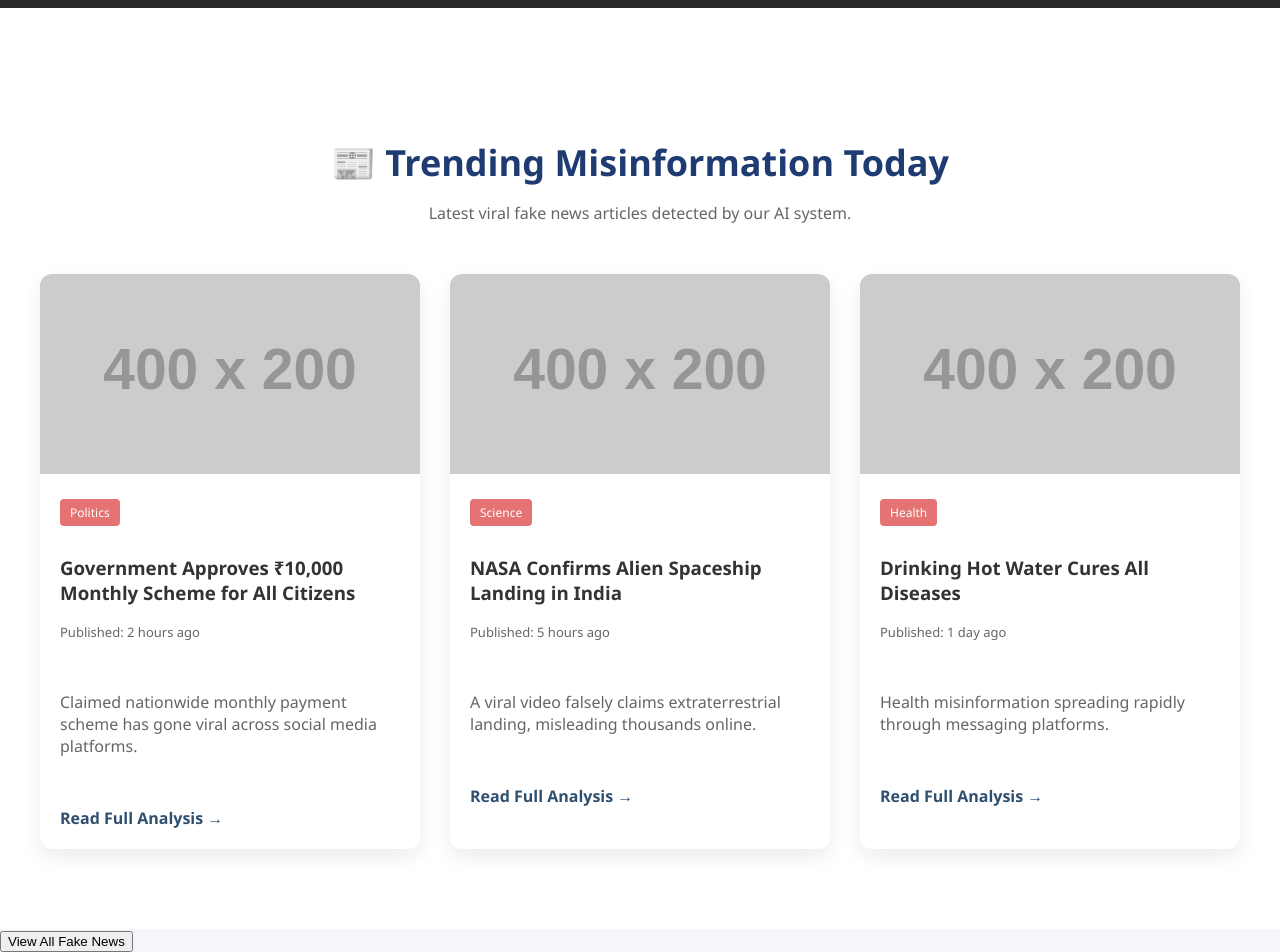
Repository: asadpathan2002-bot/Sprint1
Page: frontend/index.html
The author's editor kept a copy of each file at every save. The page is drawn from the files as they stood at one save, then again after the next save.
The browser window is 1280 px wide. The pictures show the part of the page from y = 712 to 1664 px (the page is 1664 px tall).
Pictures or frames that could not be fetched are drawn as grey boxes.

Above is the page before, as saved 2026-03-03 13:41:03.

After the next save:
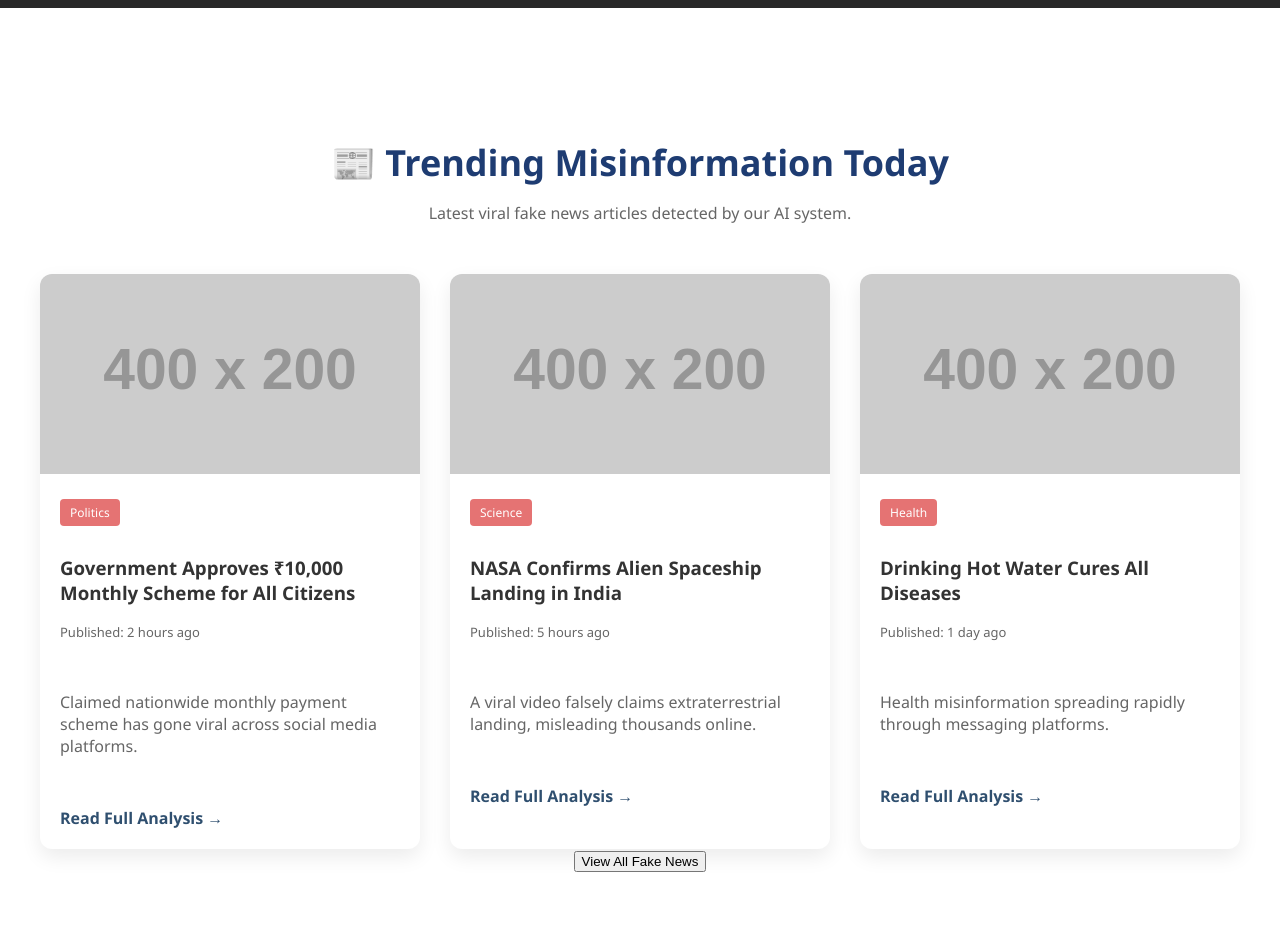
Saved 18 s later.
--- a/frontend/index.html
+++ b/frontend/index.html
@@ -348,13 +348,15 @@ body {
 
     </div>
 
-</div>
-
-<div class="view-all-news">
+    <div class="view-all-news">
     <button onclick="window.location.href='all-news.html'">
         View All Fake News
     </button>
 </div>
 
+</div>
+
+
+
 </body>
 </html>
